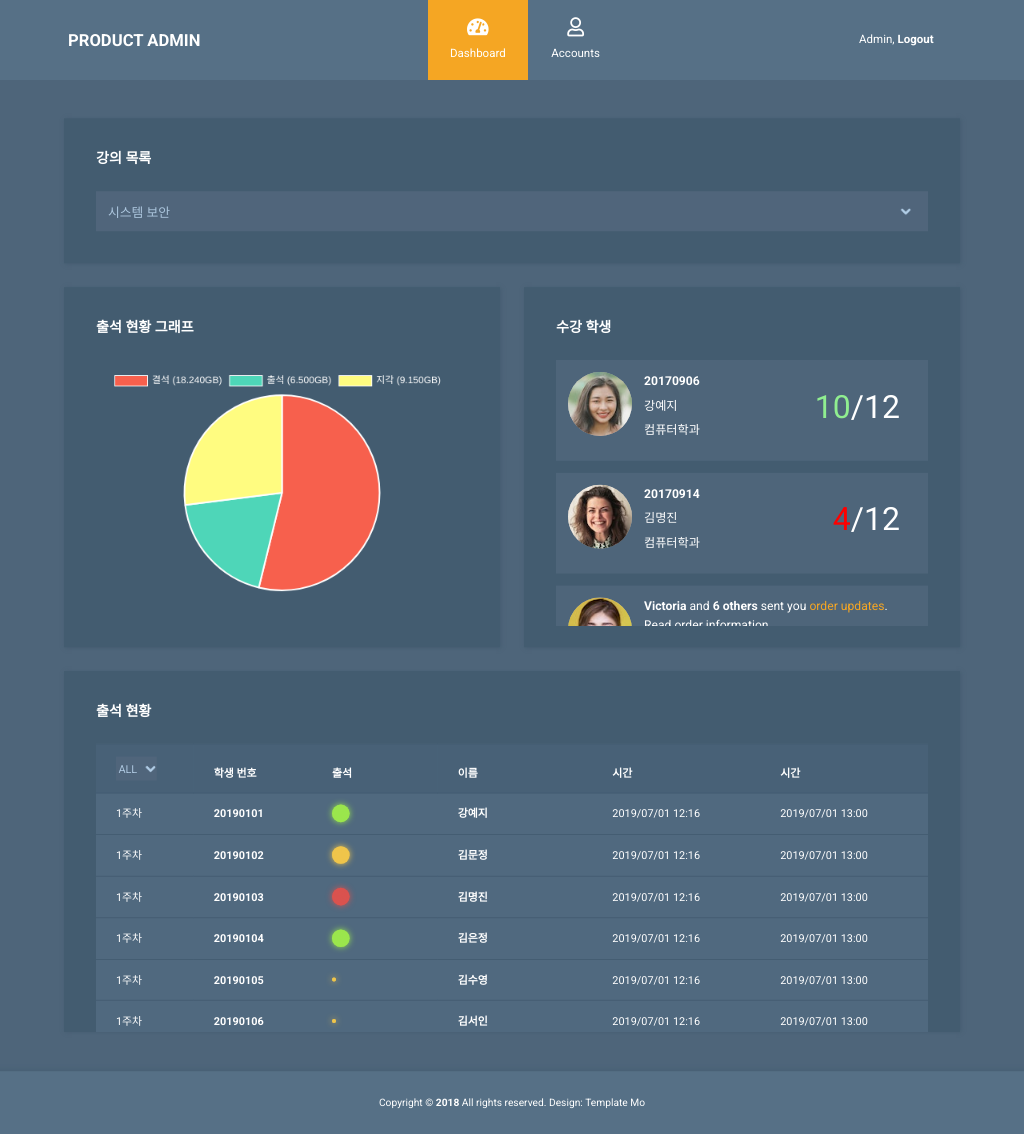
Repository: YJ-S2/2019-FaceAPI
Page: test1-master/web/123/WebContent/web1.html
The author's editor kept a copy of each file at every save. The page is drawn from the files as they stood at one save, then again after the next save.
The browser window is 1280 px wide. The pictures show the whole page, at 80% of full size.
An inner scrolling area shows only its first screen.

Above is the page before, as saved 2019-08-11 15:19:45.

After the next save:
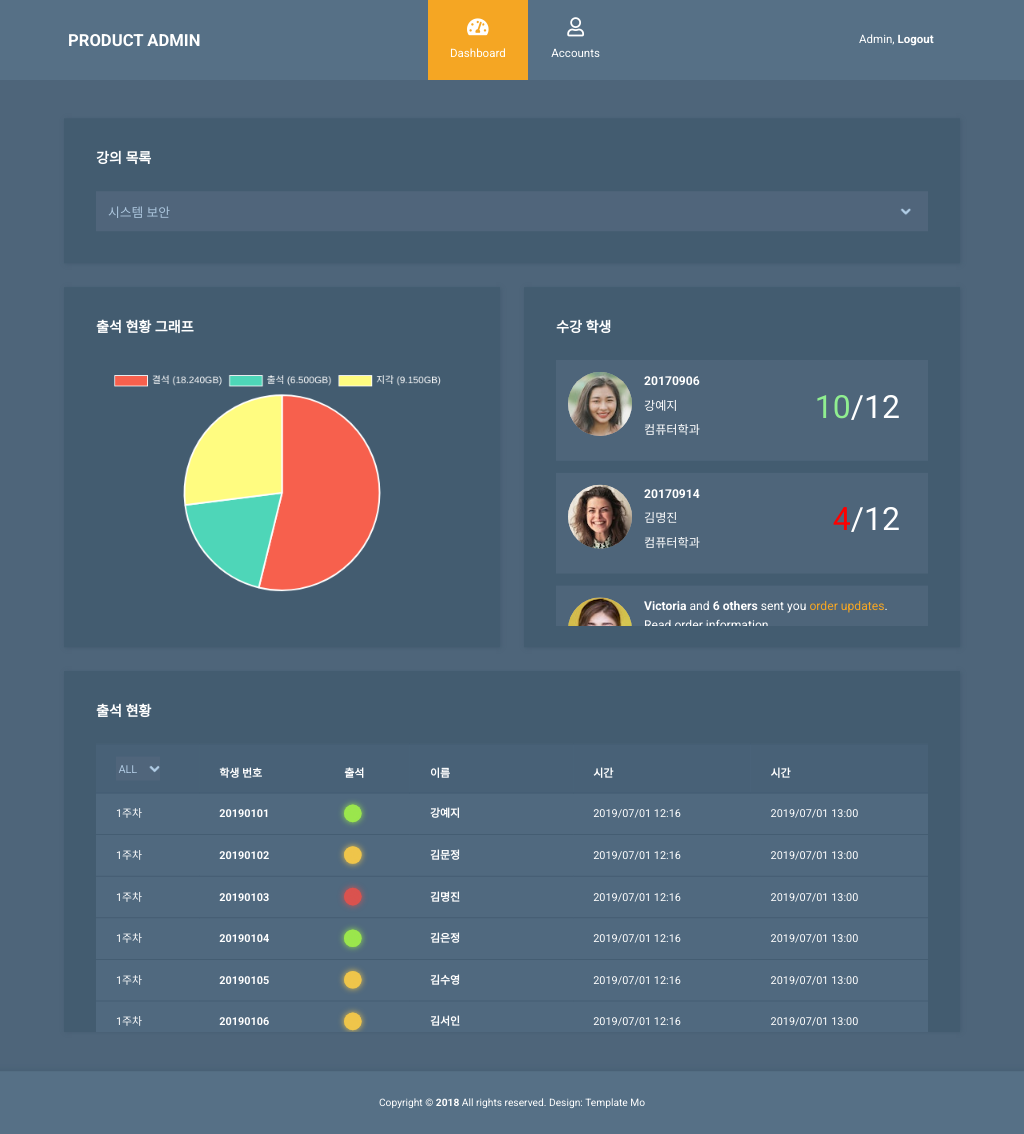
Saved 45 s later.
--- a/test1-master/web/123/WebContent/web1.html
+++ b/test1-master/web/123/WebContent/web1.html
@@ -312,7 +312,7 @@
                                 	<td>1주차</td>
                                     <th scope="row"><b>20190105</b></th>
                                     <td>
-                                        <div class="tm-status-circle pending">
+                                        <div class="tm-status-circle1 pending">
                                         </div>
                                     </td>
                                     <td><b>김수영</b></td>
@@ -323,7 +323,7 @@
                                 	<td>1주차</td>
                                     <th scope="row"><b>20190106</b></th>
                                     <td>
-                                        <div class="tm-status-circle pending">
+                                        <div class="tm-status-circle1 pending">
                                         </div>
                                     </td>
                                     <td><b>김서인</b></td>
@@ -332,12 +332,12 @@
                                 </tr>
                                 <tr>
                                 	<td>1주차</td>
-                                    <th scope="row"><b>#122343</b></th>
-                                    <td>
-                                        <div class="tm-status-circle moving">
-                                        </div>
-                                    </td>
-                                    <td><b>Timmy Davis</b></td>
+                                    <th scope="row"><b>20190107</b></th>
+                                    <td>
+                                        <div class="tm-status-circle1 moving">
+                                        </div>
+                                    </td>
+                                    <td><b>나인영</b></td>
                                     <td>2019/07/01 12:16</td>
                                     <td>2019/07/01 13:00</td>
                                 </tr>
@@ -345,8 +345,8 @@
                                 	<td>1주차</td>
                                     <th scope="row"><b>#122342</b></th>
                                     <td>
-                                        <div class="tm-status-circle moving">
-                                        </div>Moving
+                                        <div class="tm-status-circle1 moving">
+                                        </div>
                                     </td>
                                     <td><b>Oscar Phyo</b></td>
                                     <td>2019/07/01 12:16</td>
@@ -356,8 +356,8 @@
                                 	<td>1주차</td>
                                     <th scope="row"><b>#122341</b></th>
                                     <td>
-                                        <div class="tm-status-circle moving">
-                                        </div>Moving
+                                        <div class="tm-status-circle1 moving">
+                                        </div>
                                     </td>
                                     <td><b>Charlie Brown</b></td>
                                     <td>2019/07/01 12:16</td>
@@ -367,8 +367,8 @@
                                 	<td>1주차</td>
                                     <th scope="row"><b>#122340</b></th>
                                     <td>
-                                        <div class="tm-status-circle cancelled">
-                                        </div>Cancelled
+                                        <div class="tm-status-circle1 cancelled">
+                                        </div>
                                     </td>
                                     <td><b>Wilson Cookies</b></td>
                                     <td>2019/07/01 12:16</td>
@@ -378,8 +378,8 @@
                                 	<td>1주차</td>
                                     <th scope="row"><b>#122339</b></th>
                                     <td>
-                                        <div class="tm-status-circle moving">
-                                        </div>Moving
+                                        <div class="tm-status-circle1 moving">
+                                        </div>
                                     </td>
                                     <td><b>Richard Clamon</b></td>
                                     <td>2019/07/01 12:16</td>
